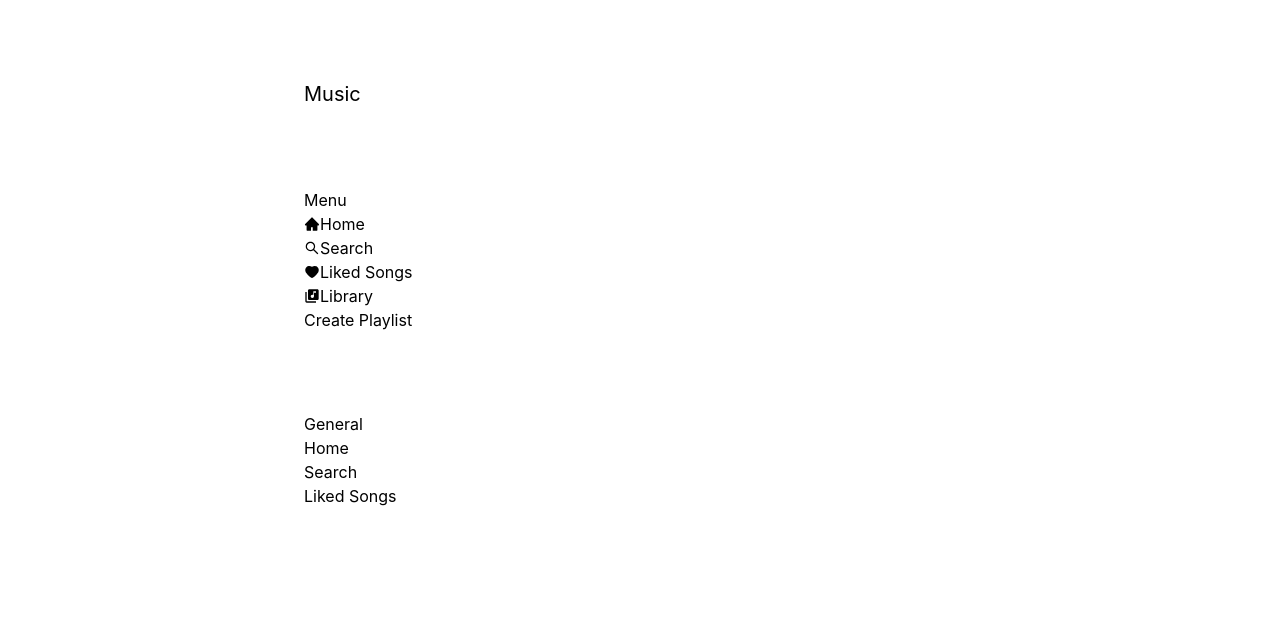
Repository: brandford7/music-player
Page: /
These files come from the project's save history. The page is drawn as it stood at one moment and after a run of saves; the edit follows.
The browser window is 1280 px wide. The pictures show the whole page.
The project was rebuilt for these pictures with package versions that can differ from the ones it lists, and the page was loaded fresh each time. The framework's server and built-in components were replaced by stand-ins that run in the browser. Also part of the build but not shown: next.config.js.

Above is the page before, as saved 2022-11-18 11:10:54.

### pages/index.js
import Head from "next/head";
import Image from "next/image";
import { Sidebar } from "../components";

export default function Home() {
  return (
    <div className="flex mx-auto max-w-2xl my-20">
      <Head>
        <title>Music Player</title>
        <meta name="description" content="Generated by create next app" />
        <link rel="icon" href="/favicon.ico" />
      </Head>
      <aside>
        <Sidebar />
      </aside>
    </div>
  );
}

### styles/globals.css
@tailwind base;
@tailwind components;
@tailwind utilities;



html,
body {
  padding: 0;
  margin: 0;
  font-family: -apple-system, BlinkMacSystemFont, Segoe UI, Roboto, Oxygen,
    Ubuntu, Cantarell, Fira Sans, Droid Sans, Helvetica Neue, sans-serif;
}

a {
  color: inherit;
  text-decoration: none;
}

* {
  box-sizing: border-box;
}

@media (prefers-color-scheme: dark) {
  html {
    color-scheme: dark;
  }
  body {
    color: white;
    background: black;
  }
}

### components/index.js
export {default as Sidebar} from './Sidebar';

### components/Sidebar.jsx
import React from "react";
import { AiFillHome, AiOutlineSearch, AiFillHeart } from "react-icons/ai";
import { MdLibraryMusic } from "react-icons/md";

const Sidebar = () => {
  return (
    <div className="flex flex-col space-y-20">
      <section>
        <h1 className="text-xl">Music</h1>
      </section>
      <section>
        <h2>Menu</h2>
        <ul className="">
          <li className="flex items-center ">
            <AiFillHome />
            Home
          </li>
          <li className="flex items-center ">
            <AiOutlineSearch />
            Search
          </li>
          <li className="flex items-center ">
            <AiFillHeart />
            Liked Songs
          </li>
          <li className="flex items-center ">
            <MdLibraryMusic />
            Library
          </li>
          <li className="flex items-center ">Create Playlist</li>
        </ul>
      </section>
      <section>
        <h2>General</h2>
        <ul className="">
          <li>Home</li>
          <li>Search</li>
          <li>Liked Songs</li>
        </ul>
      </section>
    </div>
  );
};

export default Sidebar;

Loaded but not shown: pages/_app.js (common file); tailwind.config.js (common file)

After the next 4 saves:
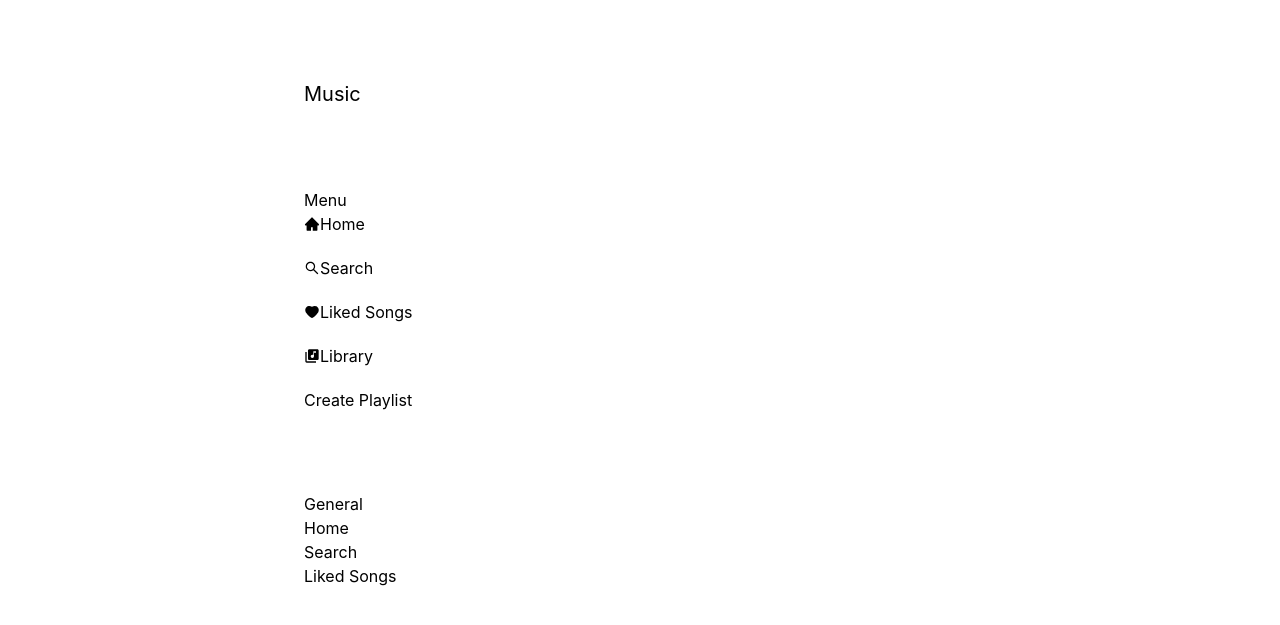
The 4 saves are shown as one change because they came seconds apart.
The last was saved 54 s later.
--- a/components/Sidebar.jsx
+++ b/components/Sidebar.jsx
@@ -10,7 +10,7 @@ const Sidebar = () => {
       </section>
       <section>
         <h2>Menu</h2>
-        <ul className="">
+        <ul className="space-y-5">
           <li className="flex items-center ">
             <AiFillHome />
             Home
